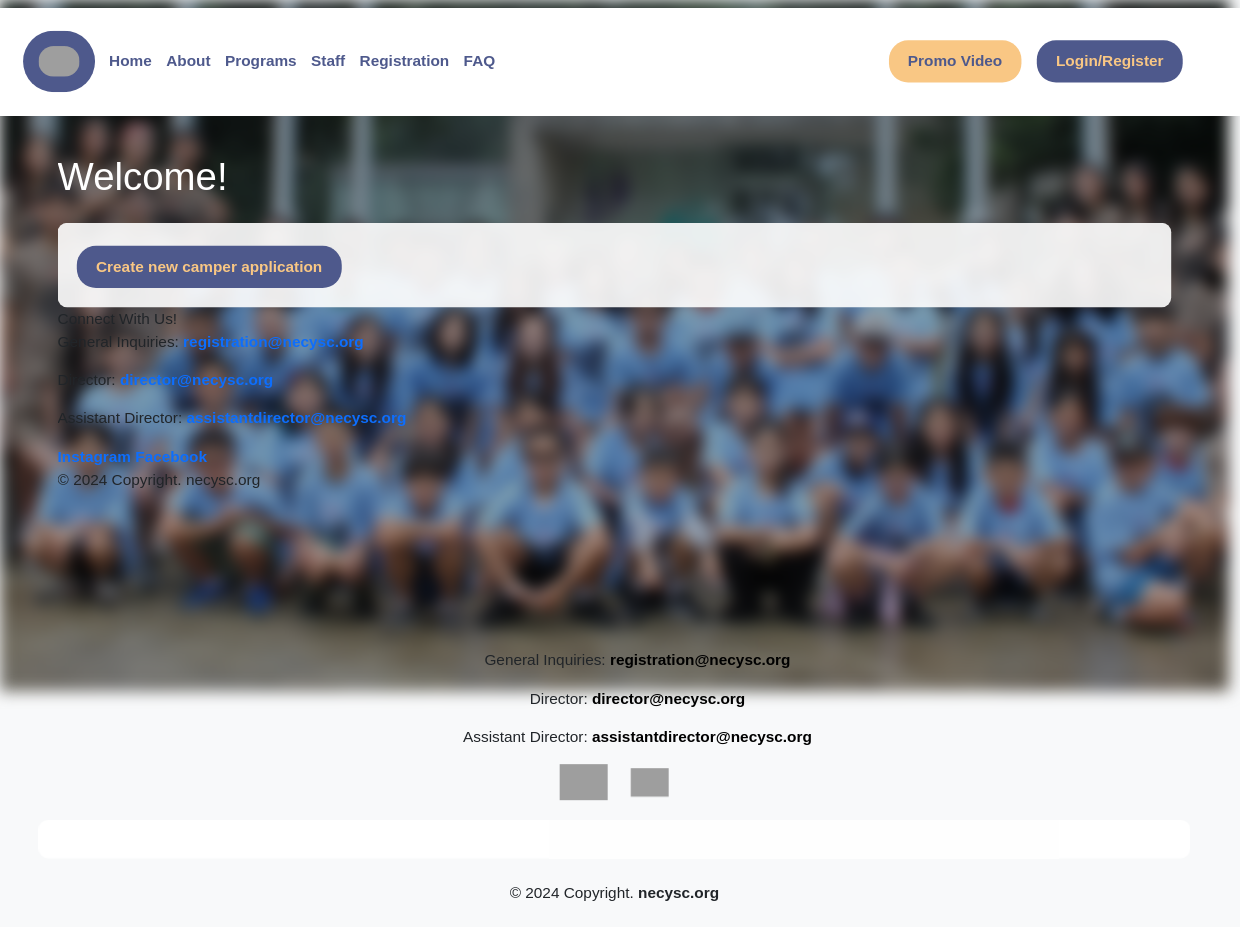
Repository: fullstackatbrown/project-necysc
Page: necysc_app/templates/necysc_app/applicant/index.html
An editor plug-in stored every save of this project. The page is shown before and after the next save, followed by the edit.
The browser window is 1280 px wide. The page is 1292 px wide, so the pictures cover 1292 px, including what lies to the right of the window. The pictures show the whole page, at 96% of full size.
Pictures or frames that could not be fetched are drawn as grey boxes. Some web fonts or font styles are not loaded; a fallback is used. The template is drawn by Django 5.2. The application's start-up code is not run. The template is opened directly, without the code that normally fills it, so the values that code supplies are empty.

Above is the page before, as saved 2024-12-04 01:39:03.

After the next save:
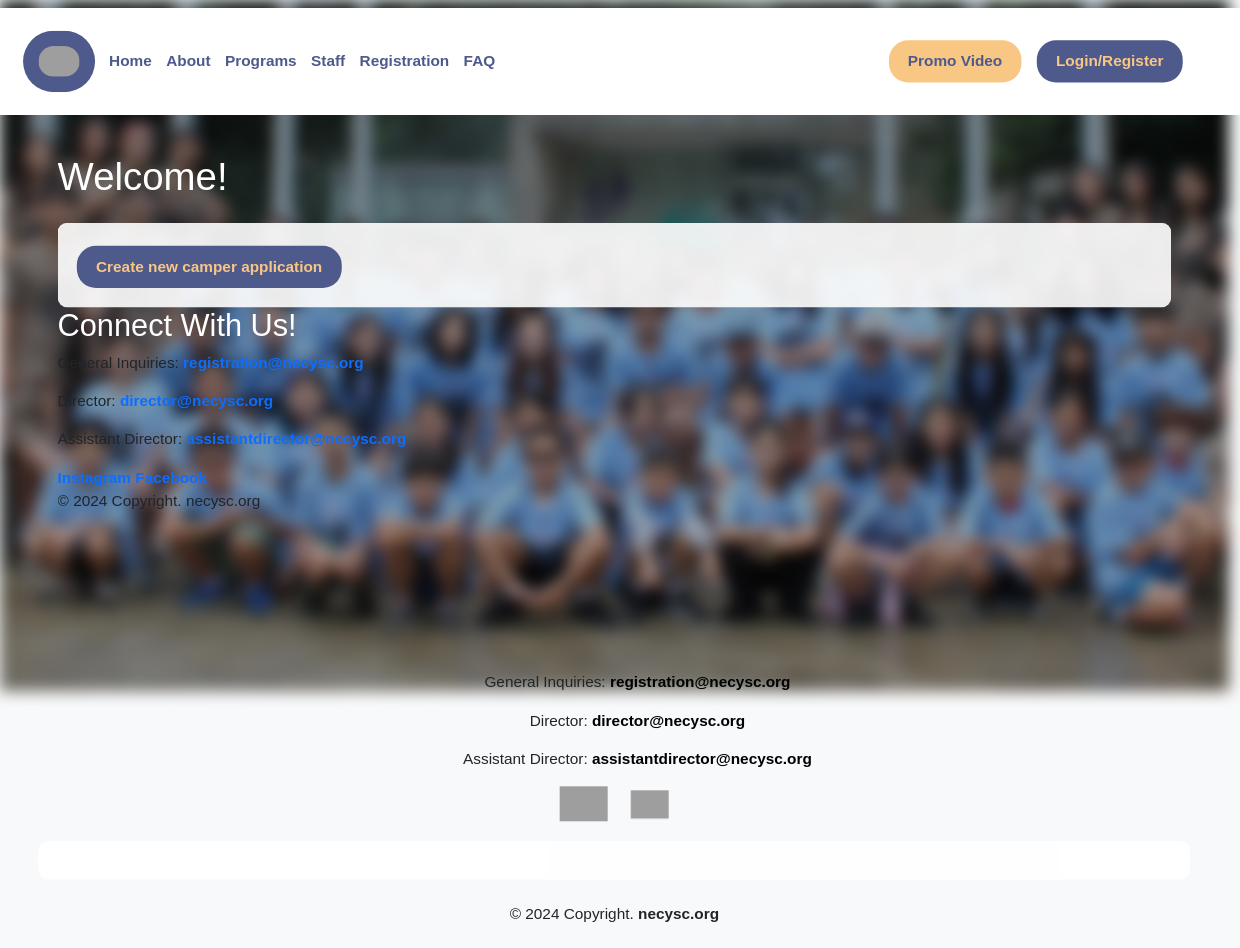
Saved 6 s later.
--- a/necysc_app/templates/necysc_app/applicant/index.html
+++ b/necysc_app/templates/necysc_app/applicant/index.html
@@ -99,7 +99,7 @@ box-shadow: 0 0 20px 2px rgba(0, 0, 0, 0.15); /* Adjust the glow effect */
 </style>
 <!-- Connect With Us Section -->
 <div class="footer-section">
-    <h2class="welcome-title">Connect With Us!</h2>
+    <h2 class="welcome-title">Connect With Us!</h2>
     <p>General Inquiries: <a href="mailto:registration@necysc.org">registration@necysc.org</a></p>
     <p>Director: <a href="mailto:director@necysc.org">director@necysc.org</a></p>
     <p>Assistant Director: <a href="mailto:assistantdirector@necysc.org">assistantdirector@necysc.org</a></p>
